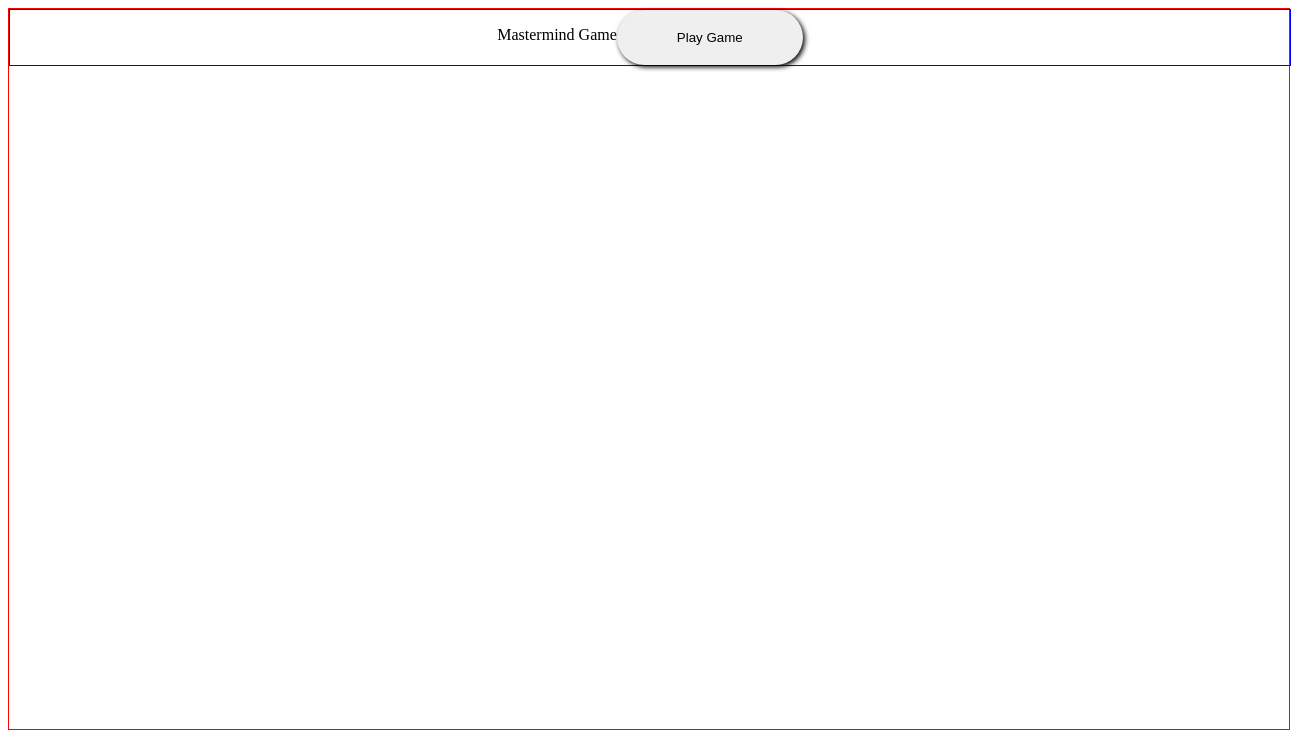
Repository: programmer686/Mastermind-with-Next.js
Page: /
An editor plug-in stored every save of this project. The page is shown before and after the next save, followed by the edit.
The browser window is 1280 px wide. The page is 1291 px wide, so the pictures cover 1291 px, including what lies to the right of the window. The pictures show the whole page.
The project was rebuilt for these pictures with package versions that can differ from the ones it lists, and the page was loaded fresh each time. The framework's server and built-in components were replaced by stand-ins that run in the browser. Also part of the build but not shown: next.config.js, src/styles/globals.css.

Above is the page before, as saved 2023-07-15 18:46:41.

After the next save:
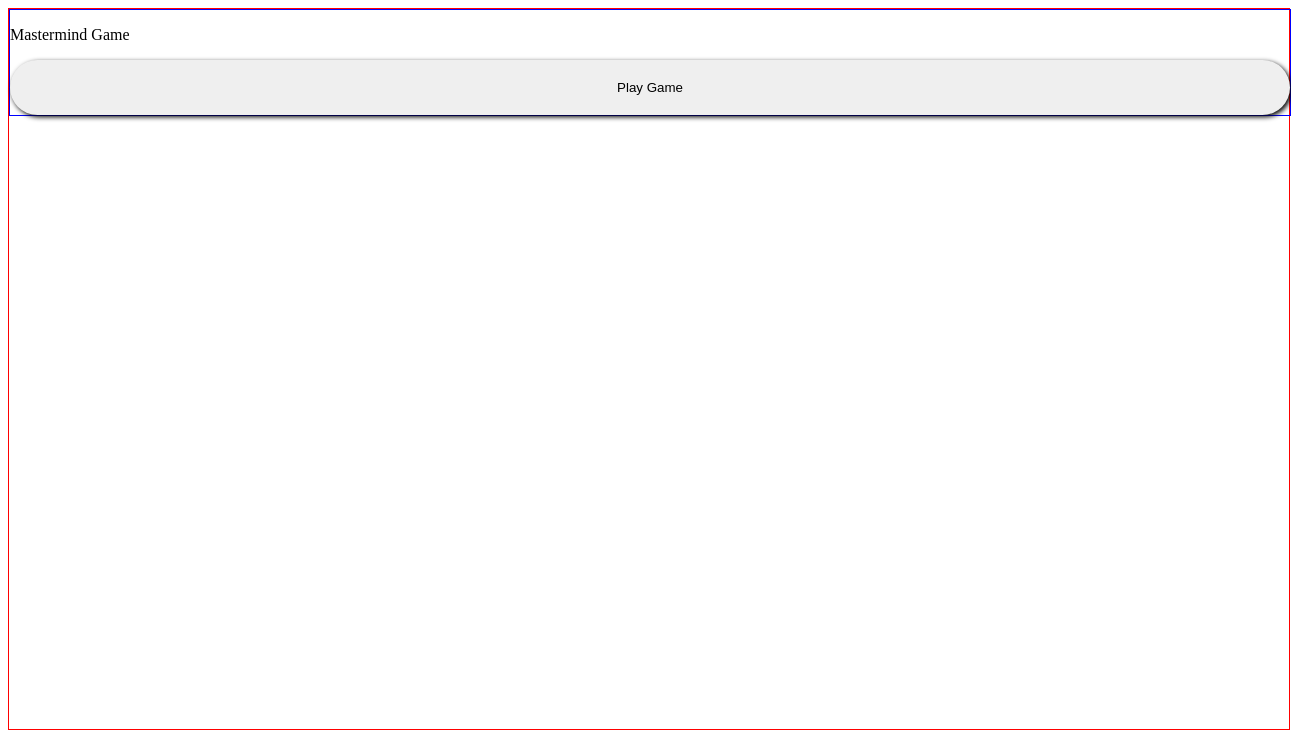
Saved 7 s later.
--- a/src/styles/StartScreen.module.css
+++ b/src/styles/StartScreen.module.css
@@ -1,7 +1,7 @@
 .startscreen__body {
     width: 100vw;
     display: flex;
-    flex-direction: row;
+    flex-direction: column;
     justify-content: center;
     border: 1px solid blue;
 }
